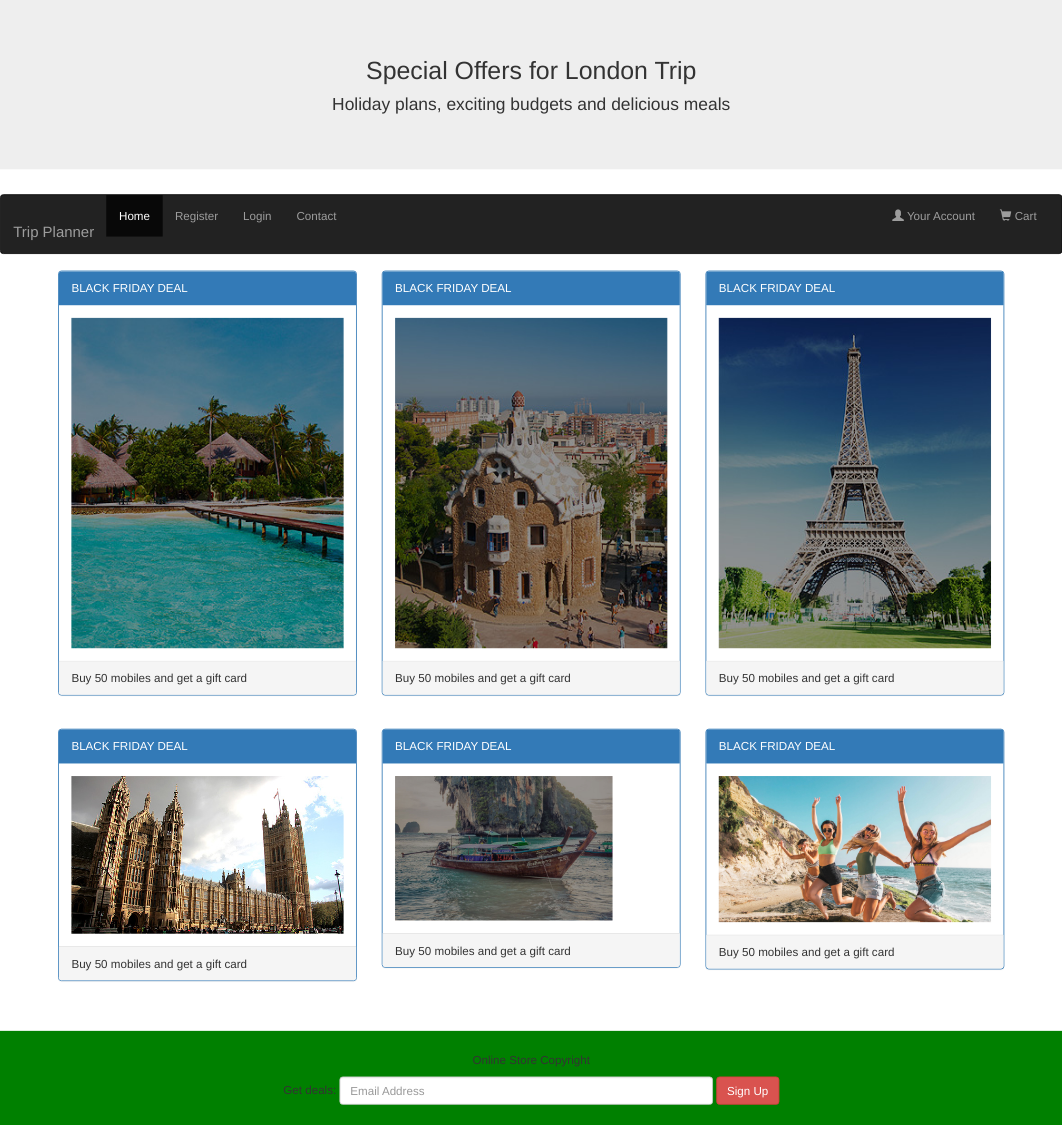
Repository: NanSin21/Mytourism-Website
Page: http://localhost/toursandtravelsmanagement/london.jsp
These files come from the project's save history. The page is drawn as it stood at one moment and after the next save; the edit follows.
The browser window is 1280 px wide. The pictures show the whole page, at 83% of full size.
The page is served by Tomcat 9. Other server files are loaded and not shown.

Above is the page before, as saved 2018-07-20 08:32:08.

### toursandtravelsmanagement/WebContent/london.jsp
<%@ page language="java" contentType="text/html; charset=ISO-8859-1"
    pageEncoding="ISO-8859-1"%>
<!DOCTYPE html PUBLIC "-//W3C//DTD HTML 4.01 Transitional//EN" "http://www.w3.org/TR/html4/loose.dtd">
<html>
<head>
<meta http-equiv="Content-Type" content="text/html; charset=ISO-8859-1">
<title>London Trip Package</title>
<!-- <meta charset="utf-8"> -->
  <meta name="viewport" content="width=device-width, initial-scale=1">
  <link rel="stylesheet" href="https://maxcdn.bootstrapcdn.com/bootstrap/3.3.7/css/bootstrap.min.css">
  <script src="https://ajax.googleapis.com/ajax/libs/jquery/3.3.1/jquery.min.js"></script>
  <script src="https://maxcdn.bootstrapcdn.com/bootstrap/3.3.7/js/bootstrap.min.js"></script>
  <style>
  .navbar{
  margin-nottom= 50px;
  border-radius= 0;
  }
  .jumbotron{
   margin-bottom= 0;
   }
   footer{
   background: green;
   padding: 25px;
   }
   </style>
</head>
<body>

<div class="jumbotron">
  <div class="container text-center">
   <h2>Special Offers for London Trip</h2>
     <p>Holiday plans, exciting budgets and delicious meals</p>
  </div>
</div>

<nav class="navbar navbar-inverse">
  <div class="container-fluid">
      <div class="navbar-header">
        <button type="button" class="navbar-toggle" data-toggle="collapse" data-target="#myNavbar">
        <span class="icon-bar"></span>
        <span class="icon-bar"></span>
        <span class="icon-bar"></span>
        </button>
        <h1><a class="navbar-brand" href="index.jsp">Trip Planner</a></h1>
      </div>
      <div class="collapse navbar-collapse" id="myNavbar">
      <ul class="nav navbar-nav">
        <li class="active"><a href="TripPlaces/london.jsp">Home</a></li>
        <li><a href="registration.jsp">Register</a></li>
        <li><a href="login.jsp">Login</a></li>
        <li><a href="contact.jsp">Contact</a></li>
      </ul>
      <ul class="nav navbar-nav navbar-right">
        <li><a href="#"><span class="glyphicon glyphicon-user"></span> Your Account</a></li>
        <li><a href="#"><span class="glyphicon glyphicon-shopping-cart"></span> Cart</a></li>
      </ul>
    </div>
  </div>
</nav>


   <div class="container">
  <div class="row">
    <div class="col-sm-4">
      <div class="panel panel-primary">
        <div class="panel-heading">BLACK FRIDAY DEAL</div>
        <div class="panel-body"><img src="images/ban_img2.jpg" class="img-responsive" style="width:100%" alt="Image"></div>
        <div class="panel-footer">Buy 50 mobiles and get a gift card</div>
      </div>
    </div>
    <div class="col-sm-4">
      <div class="panel panel-primary">
        <div class="panel-heading">BLACK FRIDAY DEAL</div>
        <div class="panel-body"><img src="images/ban_img1.jpg" class="img-responsive" style="width:100%" alt="Image"></div>
        <div class="panel-footer">Buy 50 mobiles and get a gift card</div>
      </div>
    </div>
    <div class="col-sm-4">
      <div class="panel panel-primary">
        <div class="panel-heading">BLACK FRIDAY DEAL</div>
        <div class="panel-body"><img src="images/ban_img3.jpg" class="img-responsive" style="width:100%" alt="Image"></div>
        <div class="panel-footer">Buy 50 mobiles and get a gift card</div>
      </div>
    </div>
  </div>
</div><br>

<div class="container">
  <div class="row">
    <div class="col-sm-4">
      <div class="panel panel-primary">
        <div class="panel-heading">BLACK FRIDAY DEAL</div>
        <div class="panel-body"><img src="images/londonhelp.jpg" class="img-responsive" style="width:100%" alt="Image"></div>
        <div class="panel-footer">Buy 50 mobiles and get a gift card</div>
      </div>
    </div>
    <div class="col-sm-4">
      <div class="panel panel-primary">
        <div class="panel-heading">BLACK FRIDAY DEAL</div>
        <div class="panel-body"><img src="images/2.jpg" class="img-responsive" style="width:80%" alt="Image"></div>
        <div class="panel-footer">Buy 50 mobiles and get a gift card</div>
      </div>
    </div>
    <div class="col-sm-4">
      <div class="panel panel-primary">
        <div class="panel-heading">BLACK FRIDAY DEAL</div>
        <div class="panel-body"><img src="images/1.jpg" class="img-responsive" style="width:100%" alt="Image"></div>
        <div class="panel-footer">Buy 50 mobiles and get a gift card</div>
      </div>
    </div>
  </div>
</div><br><br>

<footer class="container-fluid text-center">
  <p>Online Store Copyright</p>
  <form class="form-inline">Get deals:
    <input type="email" class="form-control" size="50" placeholder="Email Address">
    <button type="button" class="btn btn-danger">Sign Up</button>
  </form>
</footer>
</body>
</html>

After the next save:
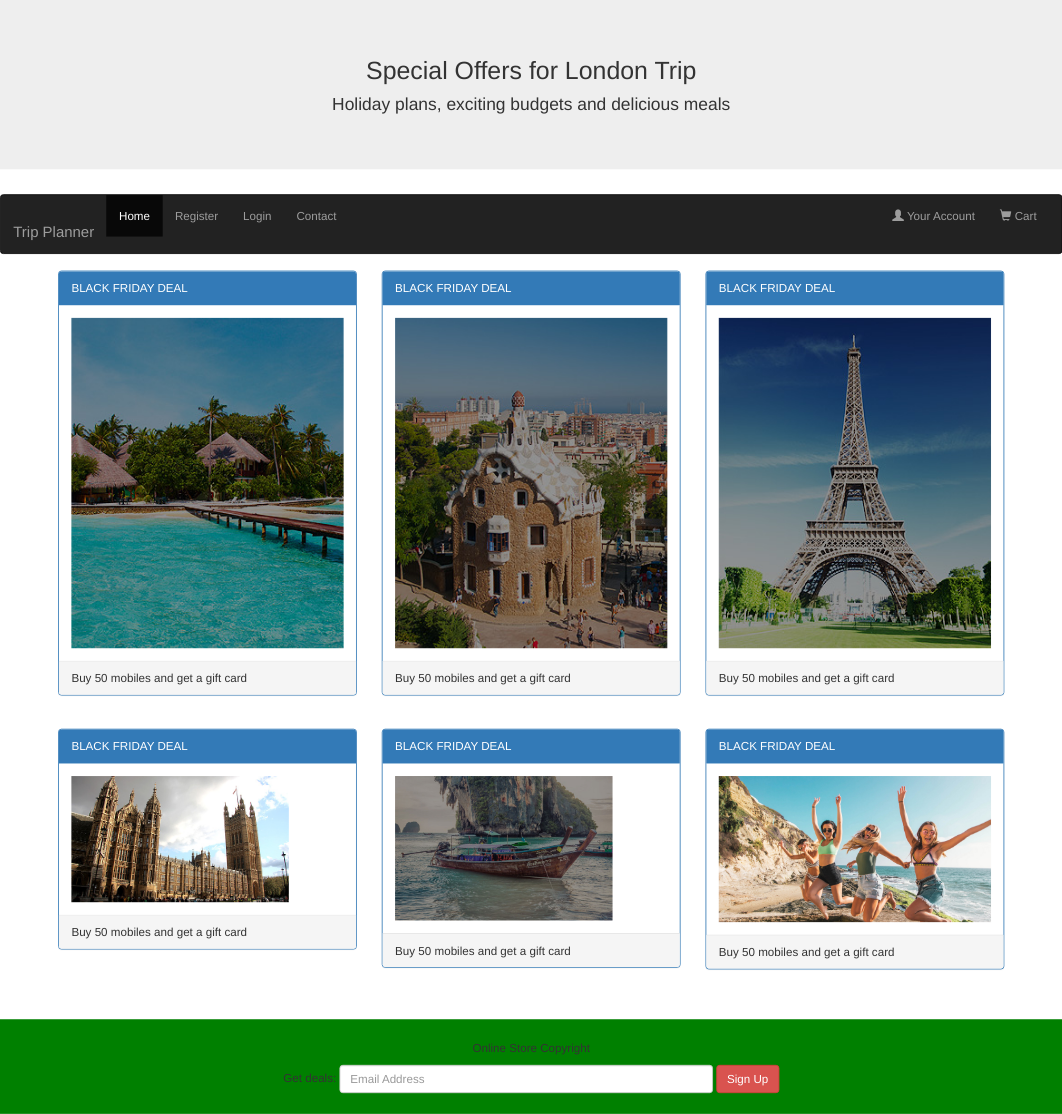
Saved 29 s later.
--- a/toursandtravelsmanagement/WebContent/london.jsp
+++ b/toursandtravelsmanagement/WebContent/london.jsp
@@ -90,7 +90,7 @@
     <div class="col-sm-4">
       <div class="panel panel-primary">
         <div class="panel-heading">BLACK FRIDAY DEAL</div>
-        <div class="panel-body"><img src="images/londonhelp.jpg" class="img-responsive" style="width:100%" alt="Image"></div>
+        <div class="panel-body"><img src="images/londonhelp.jpg" class="img-responsive" style="width:80%" alt="Image"></div>
         <div class="panel-footer">Buy 50 mobiles and get a gift card</div>
       </div>
     </div>
